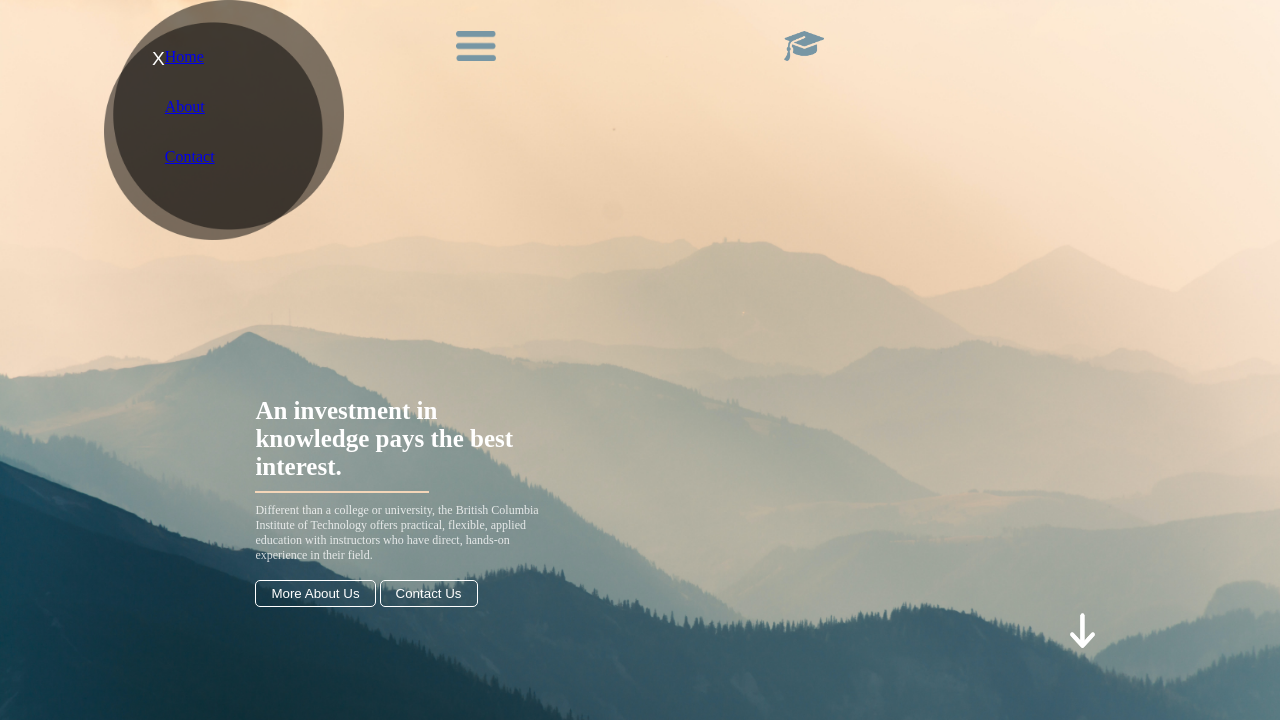
Repository: Sheraliramzan/Aly_A01253508_Assignment1
Page: /
The author's editor kept a copy of each file at every save. The page is drawn from the files as they stood at one save, then again after the next save.
The browser window is 1280 px wide. The pictures show the whole page.
The project was rebuilt for these pictures with package versions that can differ from the ones it lists, and the page was loaded fresh each time. The framework's server and built-in components were replaced by stand-ins that run in the browser. Also part of the build but not shown: next.config.js.

Above is the page before, as saved 2023-02-04 17:46:34.

After the next save:
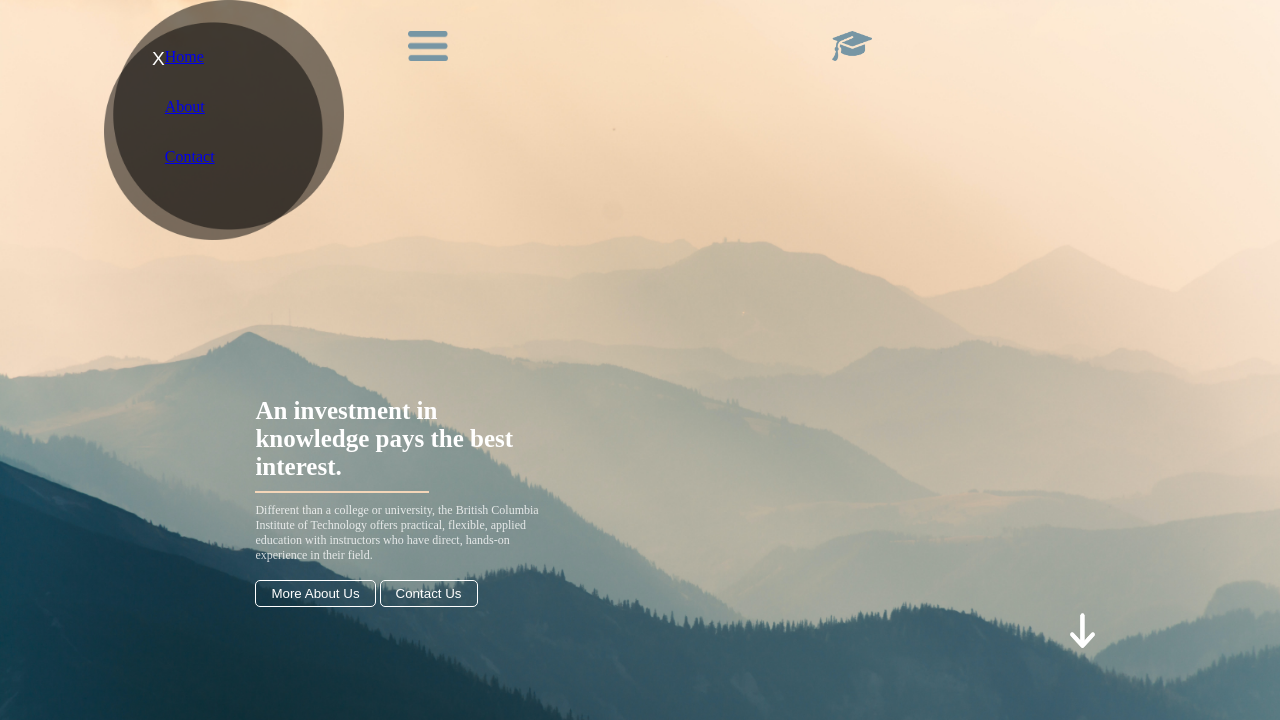
Saved 6 s later.
--- a/styles/globals.css
+++ b/styles/globals.css
@@ -20,7 +20,7 @@ body {
   display: flex;
   align-items: center;
   justify-content: space-between;
-  padding: 1rem 5rem;
+  padding: 1rem 2rem;
 }
 .menucont{
   position: absolute;
